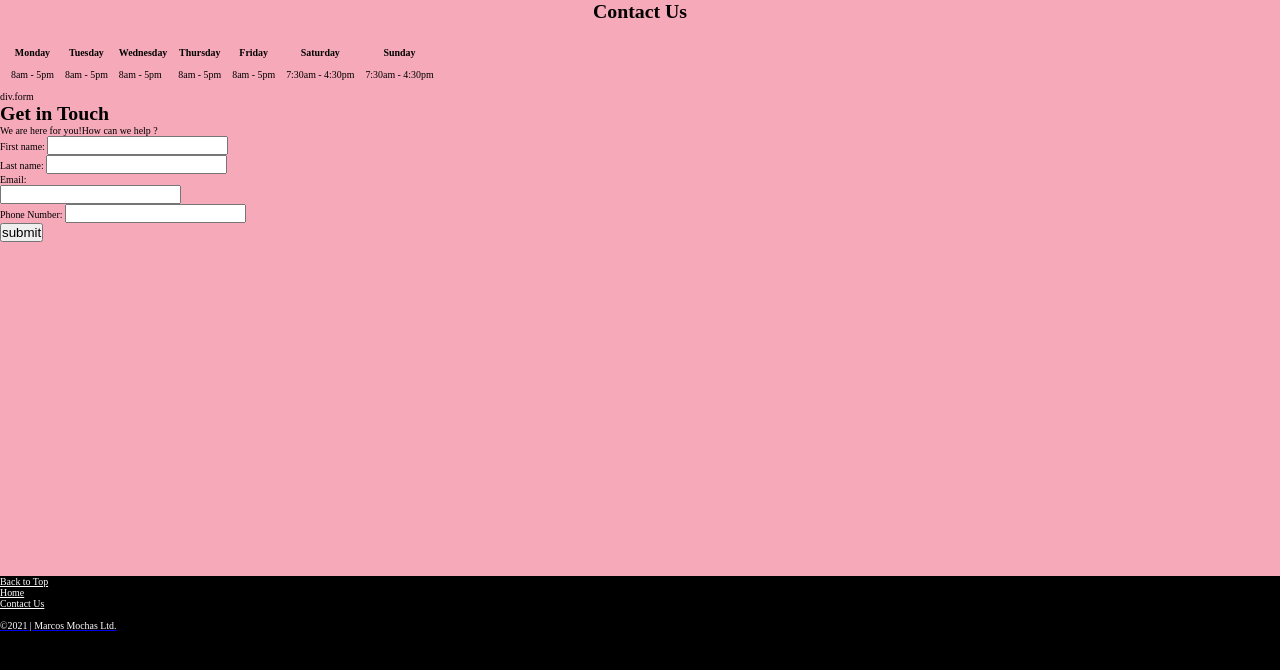
Repository: CAMPSLOPY/marcos-mochas
Page: HTML/contact.html
The author's editor kept a copy of each file at every save. The page is drawn from the files as they stood at one save, then again after a run of saves.
The browser window is 1280 px wide. The pictures show the whole page.

Above is the page before, as saved 2021-07-02 17:36:32.

After the next 2 saves:
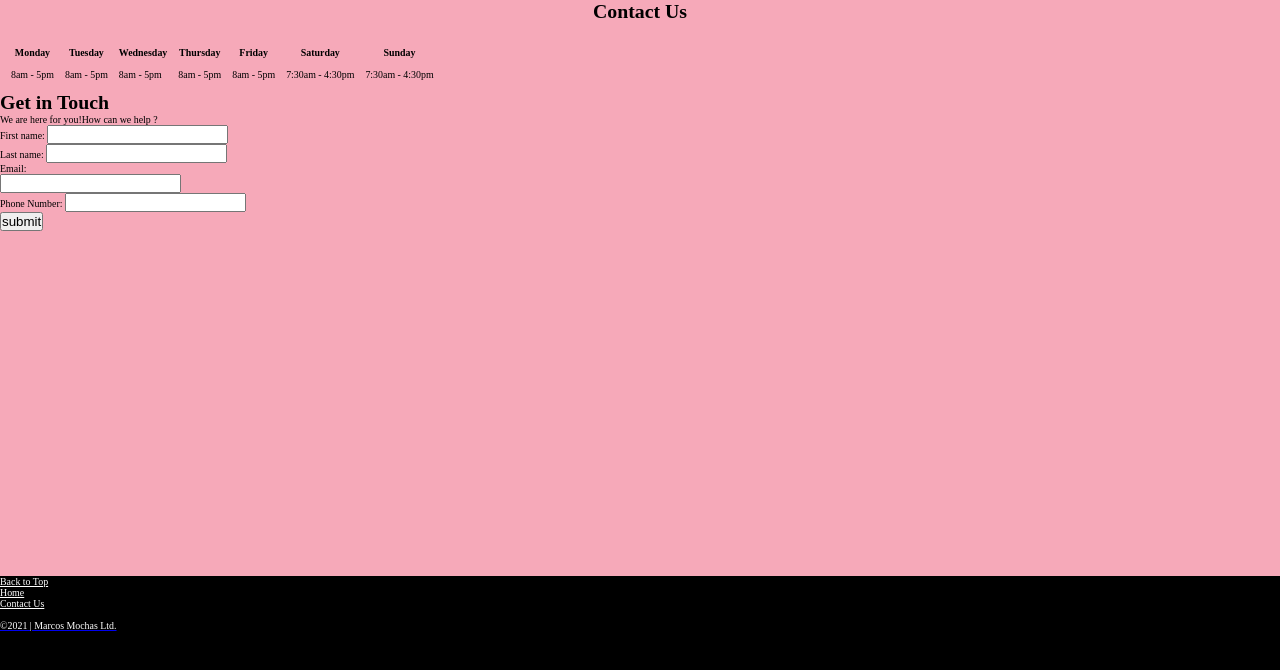
The 2 saves are shown as one change because they came seconds apart.
The last was saved 7 s later.
--- a/HTML/contact.html
+++ b/HTML/contact.html
@@ -45,7 +45,9 @@
         </table>
     </div>
     <div class="form-content">
-div.form
+<div class="form-content-text">
+
+</div>
         <h1>Get in Touch</h1>
         <p>We are here for you!How can we help ?</p>
         <!--Hours table start here-->
